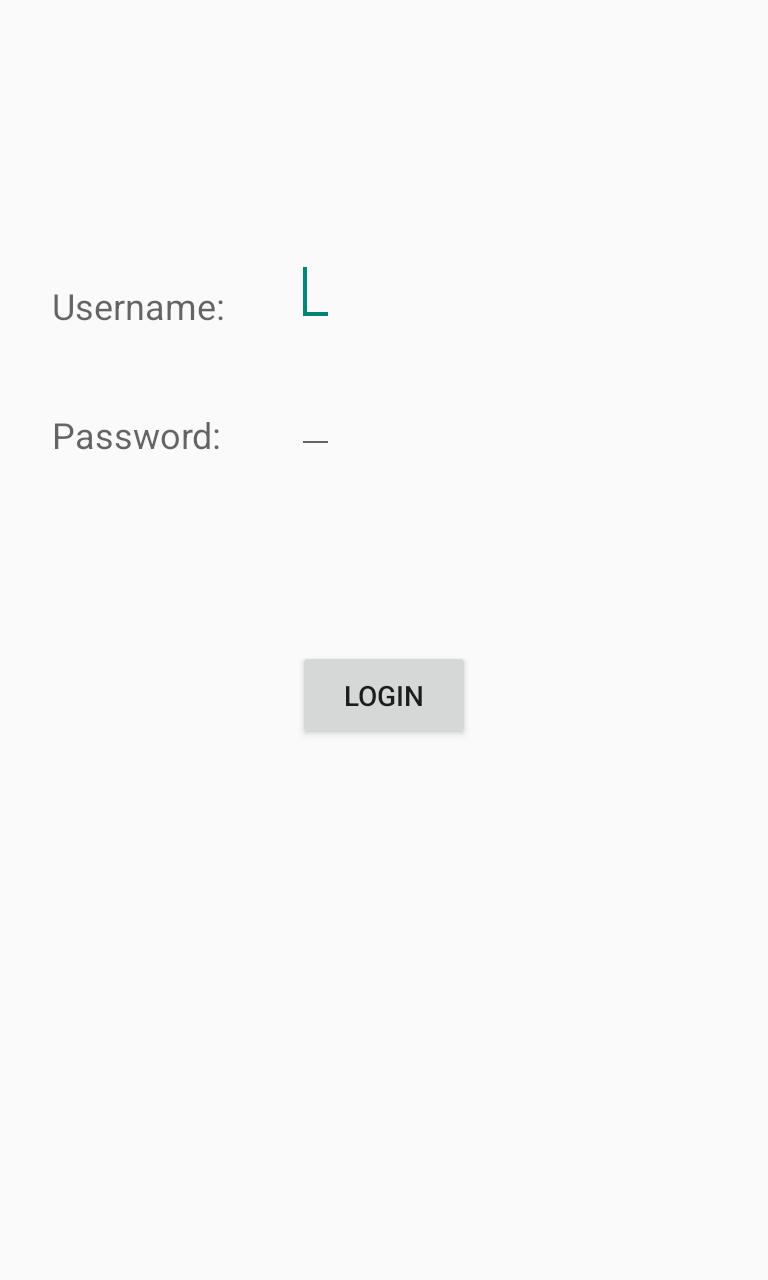
Repository: BurtWurst/MyFields_Mobile
Layout: Android/Login/res/layout/activity_main.xml
The author's editor kept a copy of each file at every save. The layout is drawn from the files as they stood at one save, then again after the next save.
It is drawn on a 768 x 1280 px phone screen (xhdpi) without system bars, with theme AppTheme; the app's code is not run.

Above is the layout before, as saved 2014-12-06 04:24:55.

After the next save:
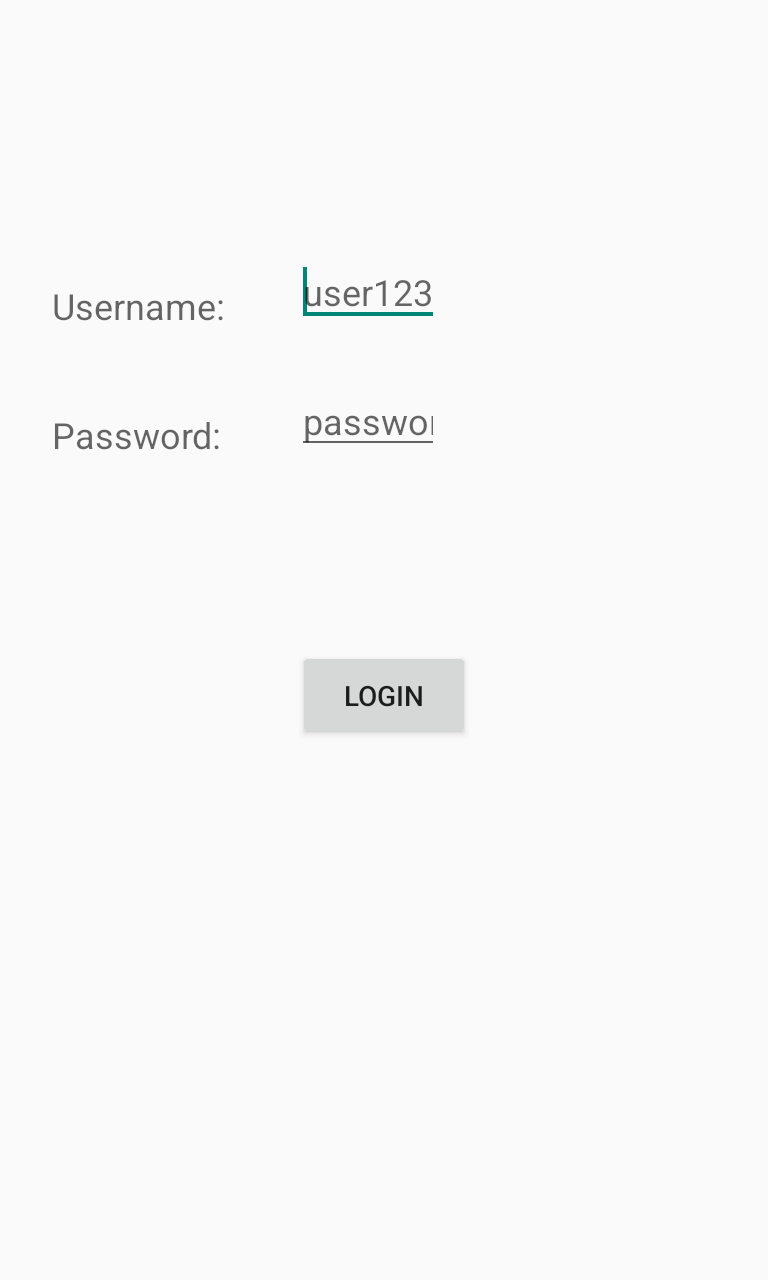
Saved 4 min 21 s later.
--- a/Android/Login/res/layout/activity_main.xml
+++ b/Android/Login/res/layout/activity_main.xml
@@ -35,7 +35,8 @@
 	      android:layout_height="wrap_content"
 	      android:layout_alignBottom="@+id/textView2"
 	      android:layout_marginLeft="35dp"
-	      android:layout_toRightOf="@+id/textView2">
+	      android:layout_toRightOf="@+id/textView2"
+	      android:hint="user123" >
       	  <requestFocus />
    	  </EditText>
 
@@ -56,6 +57,7 @@
           android:layout_alignBottom="@+id/textView3"
           android:layout_alignLeft="@+id/usernameET"
           android:layout_alignRight="@+id/usernameET"
+          android:hint="password123"
           android:inputType="textPassword" />
 
        <TextView
